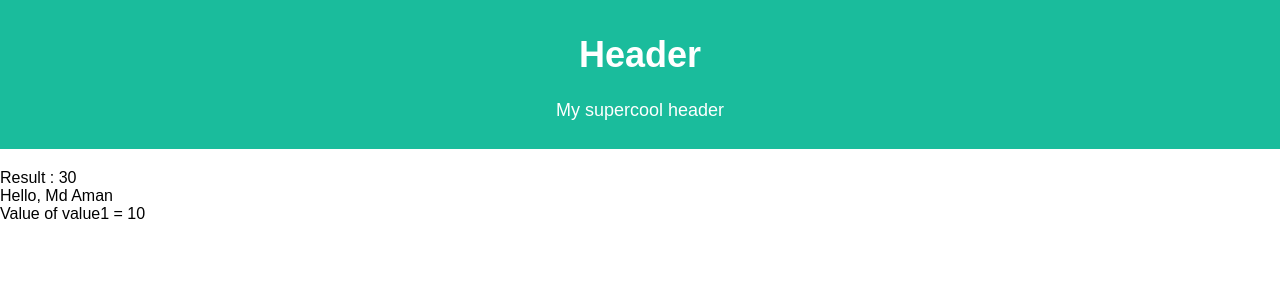
Repository: md-aman-git/Java-Repo-Epam
Page: http://localhost/DemoAppJSP/jspTags.jsp
The author's editor kept a copy of each file at every save. The page is drawn from the files as they stood at one save, then again after the next save.
The browser window is 1280 px wide. The pictures show the whole page.
The page is served by Tomcat 9.

Above is the page before, as saved 2022-03-06 17:25:49.

After the next save:
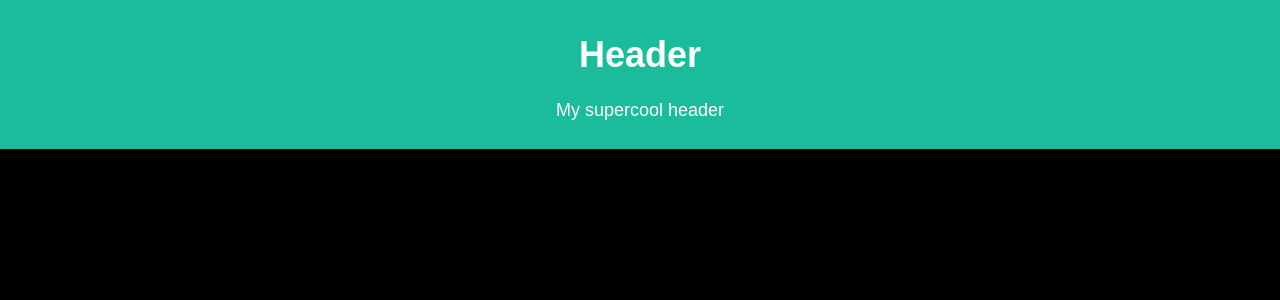
Saved 29 s later.
--- a/JspServlet/DemoAppJSP/src/main/webapp/header.jsp
+++ b/JspServlet/DemoAppJSP/src/main/webapp/header.jsp
@@ -10,7 +10,7 @@
 body {
   font-family: Arial;
   margin: 0;
-
+  background: #000;
 }
 
 /* Header/Logo Title */
